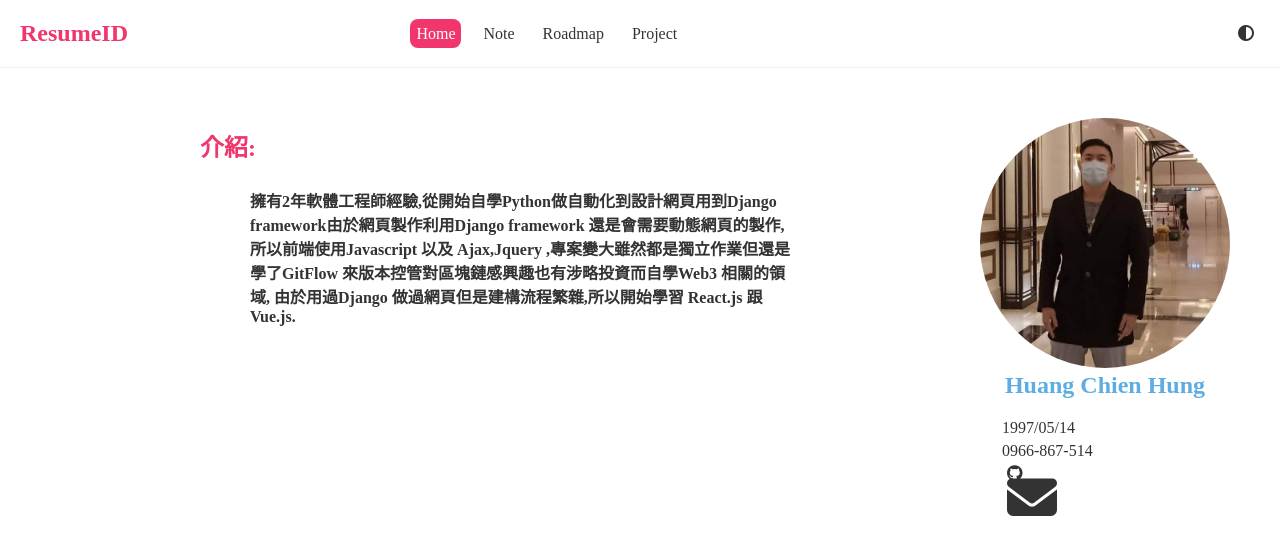
Repository: leo-play-code/ResumeID
Page: /
These files come from the project's save history. The page is drawn as it stood at one moment and after a run of saves; the edit follows.
The browser window is 1280 px wide. The pictures show the whole page.
The pointer rests on the first visible `.Home .contact a`.
Some web libraries are served in a nearby version. The project was rebuilt for these pictures with package versions that can differ from the ones it lists, and the page was loaded fresh each time. Also part of the build but not shown: src/Note/Note.js, src/Roadmap/Roadmap.js, src/Project/Project.js.

Above is the page before, as saved 2022-10-18 14:58:36.

### public/index.html
<!DOCTYPE html>
<html lang="en">
  <head>
    <meta charset="utf-8" />
    <link rel="icon" href="%PUBLIC_URL%/favicon.ico" />
    <meta name="viewport" content="width=device-width, initial-scale=1" />
    <meta name="theme-color" content="#000000" />
    <meta
      name="description"
      content="Web site created using create-react-app"
    />
    <link rel="apple-touch-icon" href="%PUBLIC_URL%/logo192.png" />
    <link rel="manifest" href="%PUBLIC_URL%/manifest.json" />

    <!-- fontawesome -->
    <script src="https://kit.fontawesome.com/14e9a4f90b.js" crossorigin="anonymous"></script>
    <title>React App</title>
  </head>
  <body>
    <noscript>You need to enable JavaScript to run this app.</noscript>
    <div id="root"></div>
  </body>
</html>

### src/index.css
/* base styles */
* {
  margin: 0;
  font-family: "Quicksand";
  color: #333;
}
.navbar {
  padding: 20px;
  display: flex;
  align-items: center;
  max-width: 100%;
  margin: 0 auto;
  border-bottom: 1px solid #f2f2f2;
}
.navbar h1 {
  color: #f1356d;
}
.navbar-center{
  margin-inline: auto;
}
.navbar-center .page-selected{
  color:white;
  background: #f1356d;
  border-radius: 8px;
  pointer-events: none;
}
.navbar .navbar-right {
  margin-left: auto;
}
.navbar a {
  margin-left: 16px;
  text-decoration: none;
  padding: 6px;
}
.navbar a:hover {
  color: #f1356d;
}
.content {
  max-width: 600px;
  margin: 40px auto;
  padding: 20px;
}

/* Home */
.Home .profile-container{
  height: 500px;
}
.Home .picture img{
  border-radius: 50%;
  max-width: 250px;
}
.Home .profile .MainName{
  color:#5DADE2;
}

.Home .introduction{
  margin-top: 60px;
  margin-left: 200px;
  float:left;
  width: 600px;

}
.Home .information{
  margin: 50px;
  float:right;
}


.Home .introduction h2{
  color:#f1356d
}
.Home .introduction .context{
  margin-top: 25px;
  margin-left: 50px;
}


.Home .picture{
  text-align: center;
}

.Home .contact{
  margin-top: 20px;
  margin-left:17px
}

.Home .contact div{
  margin :5px;
}

.Home .contact span{
  margin :5px;
}


.Home .contact a{
  margin :5px;
}

.Home .contact a:hover{
  font-size: 50px;
  position: absolute;

}

### src/App.js
import Navbar from './Navbar/Navbar';
import { BrowserRouter as Router,Route,Switch} from 'react-router-dom'
import Home from './Home/Home';
import Note from './Note/Note';
import Roadmap from './Roadmap/Roadmap';
import Project from './Project/Project';

function App(){
    return (
        <Router>
            <div className="App">
            <Navbar />
                <Switch>
                    <Route exact path='/'>
                        <Home />
                    </Route>
                    <Route exact path='/Note'>
                        <Note />
                    </Route>
                    <Route exact path='/Roadmap'>
                        <Roadmap />
                    </Route>
                    <Route exact path='/Project'>
                        <Project />
                    </Route>

                </Switch>
            </div>
        </Router>

    )
}

export default App;

### src/Navbar/Navbar.js
import { useEffect, useState } from 'react';
import {Link} from 'react-router-dom';

function Navbar(){
    const [navbar_state,setPageState] = useState('');
    function ChangeColor(){
        console.log('changecolor')
    }
    function PageSelected(navbar_state){
        setPageState(navbar_state)
    }
    useEffect(()=>{
        const init_url_arr = window.location.href.split('/')
        const init_url_page = init_url_arr[init_url_arr.length-1]
        setPageState(init_url_page)
    })
    return (
        <nav className="navbar">
            <h1>ResumeID</h1>
            <span className='navbar-center'>
                {(navbar_state == '')&& <Link to="/" className='page-selected'>Home</Link>}
                {!(navbar_state == '')&&<Link to="/" onClick={()=>PageSelected('Home')}>Home</Link>}
                {(navbar_state == 'Note')&& <Link to="/Note" className='page-selected'>Note</Link>}
                {!(navbar_state == 'Note')&&<Link to="/Note" onClick={()=>PageSelected('Note')}>Note</Link>}
                {(navbar_state == 'Roadmap')&& <Link to="/Roadmap" className='page-selected'>Roadmap</Link>}
                {!(navbar_state == 'Roadmap')&&<Link to="/Roadmap" onClick={()=>PageSelected('Roadmap')}>Roadmap</Link>}
                {(navbar_state == 'Project')&& <Link to="/Project" className='page-selected'>Project</Link>}
                {!(navbar_state == 'Project')&&<Link to="/Project" onClick={()=>PageSelected('Project')}>Project</Link>}
            </span>
            <div className="navbar-right">
                <a onClick={ChangeColor}><i className="fa-solid fa-circle-half-stroke"></i></a>
            </div>
        </nav>
    )
}

export default Navbar ;

### src/Home/Home.js


function Home(){
    const pic = require('./static/image/selfy.jpg');
    return(
        <div className="Home">
            <div className='profile'>
                <div className="introduction">
                    <h2 className='context-title'>介紹:</h2>
                    <div className='context'>
                        <b>擁有2年軟體⼯程師經驗,從開始⾃學Python做⾃動化到設計網⾴⽤到Django framework</b>
                        <b>由於網⾴製作利⽤Django framework 還是會需要動態網⾴的製作,所以前端使⽤Javascript 以及 Ajax,Jquery ,專案變⼤雖然都是獨立作業但還是學了GitFlow 來版本控管</b>
                        <b>對區塊鏈感興趣也有涉略投資⽽⾃學Web3 相關的領域, 由於⽤過Django 做過網⾴但是建構流程繁雜,所以開始學習 React.js 跟 Vue.js.</b>
                    </div>
                </div>
                <div className='information'>
                    <div className="picture">
                        <img src={pic} alt="" />
                        <h2 className='MainName'>Huang Chien Hung</h2>
                    </div>
                    <div className="contact">
                        <div>1997/05/14</div>
                        <div>0966-867-514</div>
                        <span>
                            <a href="mailto:leo56029132@gmail.com"><i className="fa-solid fa-envelope"></i></a>
                            <a href="https://github.com/leo-play-code"><i className="fa fa-github"></i></a>
                        </span>
                    </div>
                </div>
            </div>
        </div>
    )
}
export default Home ;

Loaded but not shown: src/index.js (common file); src/reportWebVitals.js (common file); public/manifest.json (common file)

After the next 3 saves:
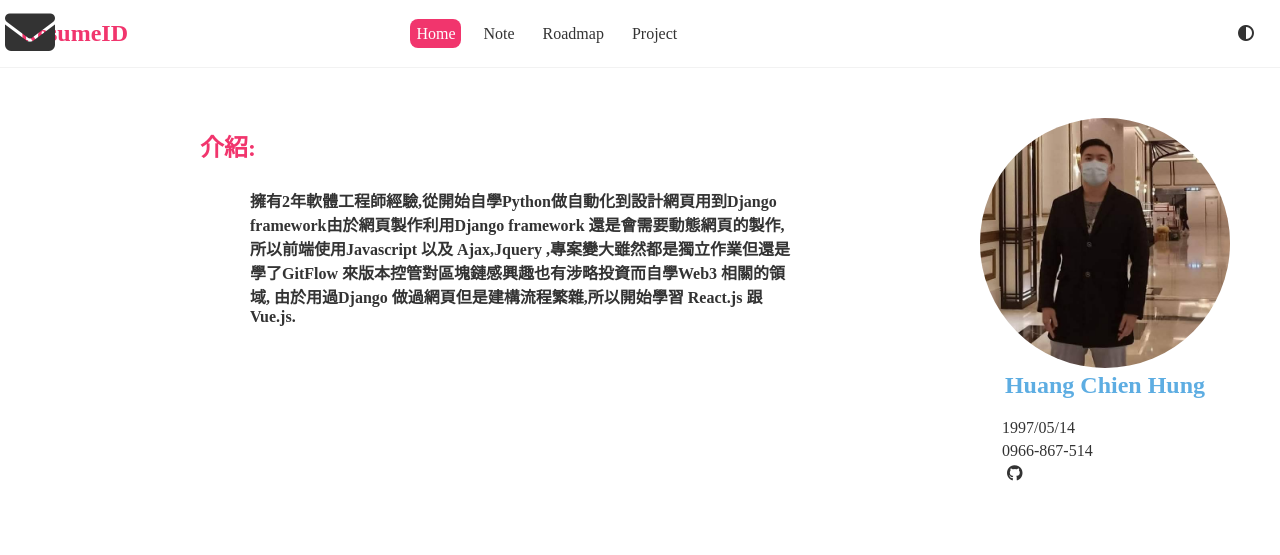
The 3 saves are shown as one change because they came seconds apart.
The last was saved 2 min 22 s later.
--- a/src/index.css
+++ b/src/index.css
@@ -100,5 +100,8 @@
 .Home .contact a:hover{
   font-size: 50px;
   position: absolute;
-
+  top:0;
+  left:0;
+  right:0;
+  bottom: 0;
 }
